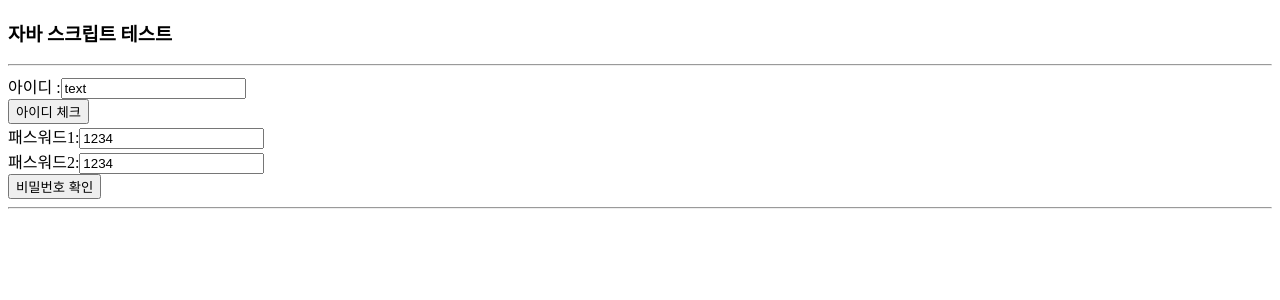
Repository: syshin0116/data2
Page: http://localhost/spring04/jsp2.jsp
An editor plug-in stored every save of this project. The page is shown before and after the next save, followed by the edit.
The browser window is 1280 px wide. The pictures show the whole page.
After loading, the first visible `#b1` was clicked once.
The page is served by Tomcat 9.

Above is the page before, as saved 2022-02-17 03:47:45.

After the next save:
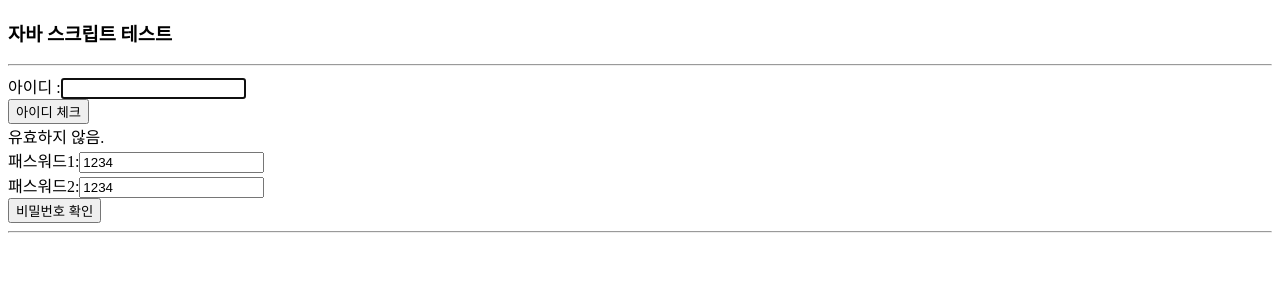
Saved 2 min 17 s later.
--- a/spring04/src/main/webapp/jsp2.jsp
+++ b/spring04/src/main/webapp/jsp2.jsp
@@ -11,6 +11,13 @@
 	$(function() {//body를 먼저 읽고 와서 메모리에 don tree로 읽어들이면  함수의내용대로 처리해주렴.
 		$('#b1').click(function() {
 			idValue = $('#id').val()
+			if(idValue.length<5){
+				$('#idCheckResult').html('유효하지 않음.')
+				$('#id').val('')
+				$('#id').focus()
+			}else{
+
+			}
 		})
 	})
 
